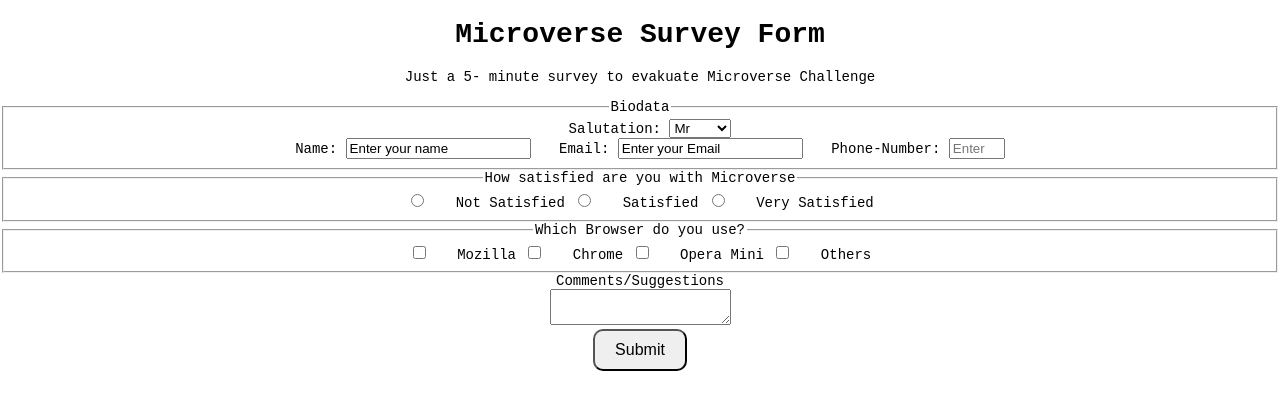
Repository: ahmedmeshref/Microverse-project
Page: index.html
An editor plug-in stored every save of this project. The page is shown before and after the next save, followed by the edit.
The browser window is 1280 px wide. The pictures show the whole page.

Above is the page before, as saved 2019-03-29 15:22:50.

### index.html
<!DOCTYPE html>

<html lang="en">
<head>
 <meta charset="utf-8">
 <meta http-equiv="X-UA-Compatible" content="IE=edge">
 <link rel="stylesheet" href="./css/style.css" >
<title>Survey Form</title>
</head>
<body>
<h1 id="title">Microverse Survey Form</h1>
<p id="description">Just a 5- minute survey to evakuate Microverse Challenge</p>
<form action="" id="survey-form">
<fieldset>
    <legend>Biodata</legend>
    <label for="salutation" >Salutation: </label>
    <select id="dropdown">
        <option> Mr</option>
        <option> Mrs</option>
        <option> Miss</option>
        <option>Others</option>
    </select></br>

    <label id="name-label" name="name" for="name">Name: </label>
    <input type="text" value="Enter your name" id="name-label" name="name" placeholder="Enter your name" required>

    <label id="email-label" for="email">Email: </label>
    <input type="email" value="Enter your Email" id="email-label" placeholder="Enter your email" required>

    <label id="phone-label"  for="phone-number">Phone-Number: </label>
    <input type="number" value="Enter your Phone Number" id="phone-label" placeholder="Enter your Phone Number" required min="6" max="20">
</fieldset>

<fieldset>
    <legend>How satisfied are you with Microverse</legend>
    <input type="radio">
    <label>Not Satisfied</label>

    <input type="radio">
    <label>Satisfied</label>

    <input type="radio">
    <label>Very Satisfied</label>
</fieldset>

<fieldset>
    <legend>Which Browser do you use?</legend>
    <input type="checkbox">
    <label>Mozilla</label>

    <input type="checkbox">
    <label>Chrome</label>

    <input type="checkbox">
    <label>Opera Mini</label>

    <input type="checkbox">
    <label>Others</label>
</fieldset>
</fieldset>
    <legend id="cands">Comments/Suggestions</legend>
    <textarea name="message" width="15" height="10"></textarea>
</fieldset>
<div id="sub">
    <input type="submit" value="Submit" id="submit" >
</div><br/>
</form>
</body>
</html>

### css/style.css
body {
    margin: 0px;
    text-align: center;
    font-family: 'Courier New', Courier, monospace;
    font-size: 14px;
}

placeholder {
    /* padding: 50px;*/
    /* margin: 5px;*/
}

label {
    margin-left: 20px;
}

.dropdown {
    margin-right: 20px;
}

input[type="submit"] {
    padding: 10px 20px;
    border-radius: 10px;
    font-size: 16px;
}

After the next save:
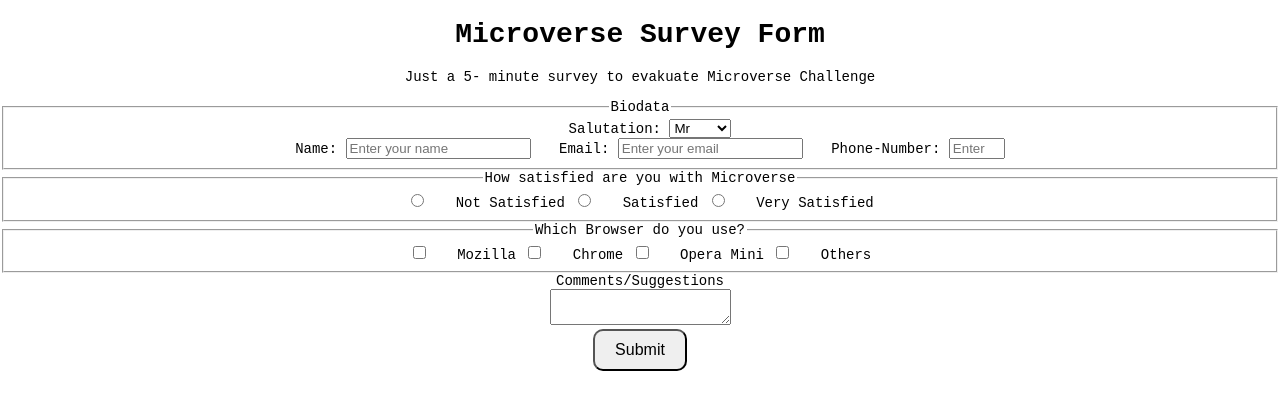
Saved 92 s later.
--- a/index.html
+++ b/index.html
@@ -22,13 +22,13 @@
     </select></br>
 
     <label id="name-label" name="name" for="name">Name: </label>
-    <input type="text" value="Enter your name" id="name-label" name="name" placeholder="Enter your name" required>
+    <input type="text"  id="name-label" name="name" placeholder="Enter your name" required>
 
     <label id="email-label" for="email">Email: </label>
-    <input type="email" value="Enter your Email" id="email-label" placeholder="Enter your email" required>
+    <input type="email"  id="email-label" placeholder="Enter your email" required>
 
     <label id="phone-label"  for="phone-number">Phone-Number: </label>
-    <input type="number" value="Enter your Phone Number" id="phone-label" placeholder="Enter your Phone Number" required min="6" max="20">
+    <input type="number"  id="phone-label" placeholder="Enter your Phone Number" required min="6" max="20">
 </fieldset>
 
 <fieldset>
